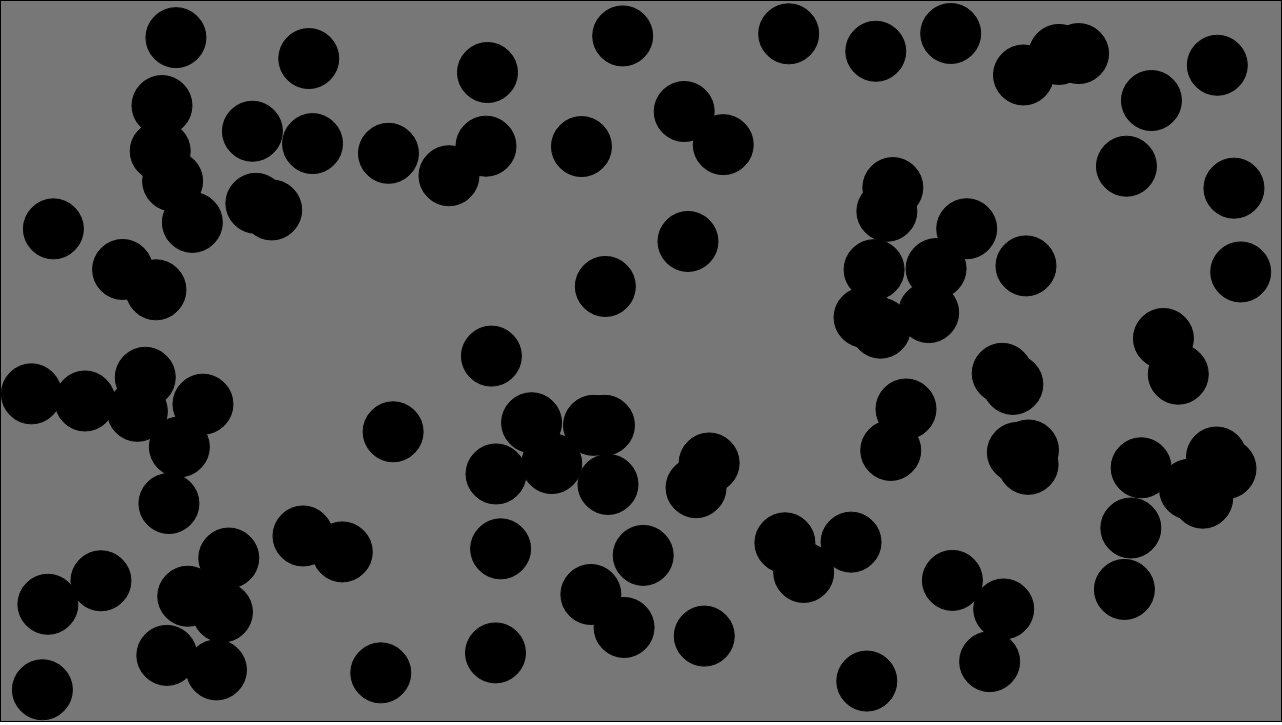
Repository: tenlekdan/particle-effect
Page: inidex.html
These files come from the project's save history. The page is drawn as it stood at one moment and after the next save; the edit follows.
The browser window is 1280 px wide. The page is 1282 px wide, so the pictures cover 1282 px, including what lies to the right of the window. The pictures show the whole page.

Above is the page before, as saved 2019-12-26 17:24:39.

After the next save:
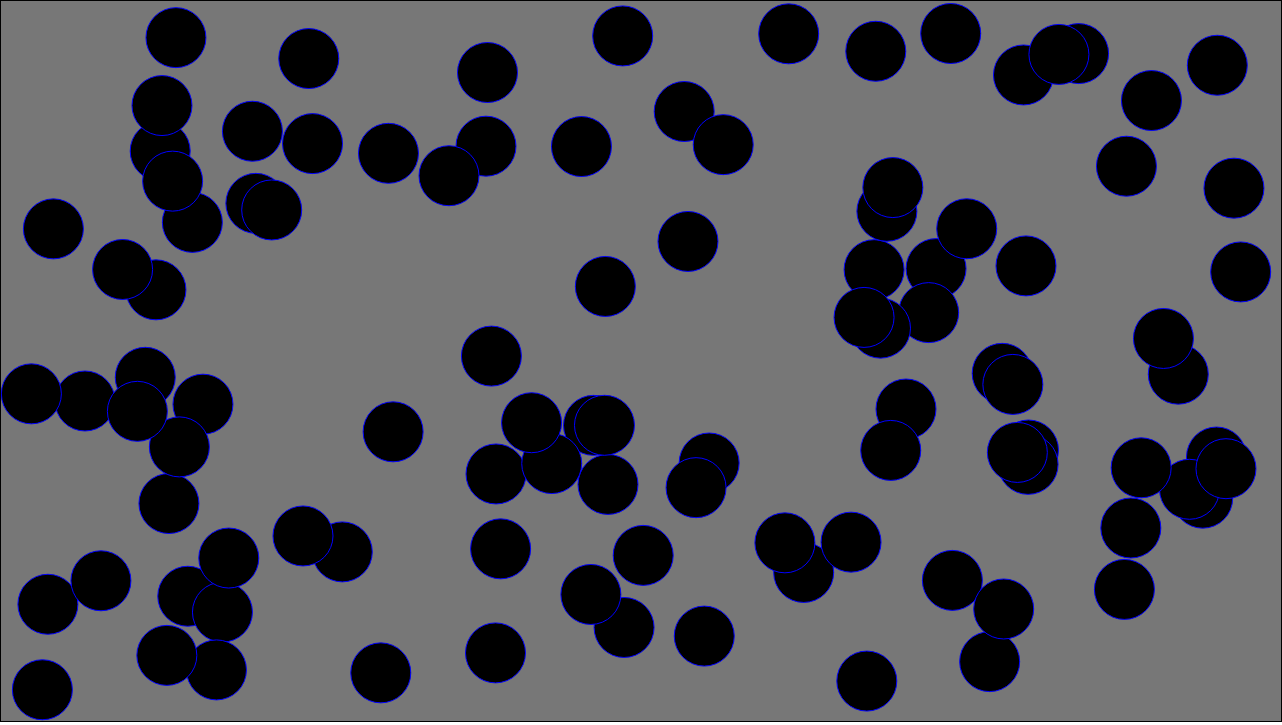
Saved 59 s later.
--- a/canvas.js
+++ b/canvas.js
@@ -29,6 +29,7 @@
             //draw circle
             c.beginPath();
             c.arc(this.x, this.y, this.radius, 0, Math.PI * 2, false);
+            c.strokeStyle = 'blue';
             c.fill();
             c.stroke();
         }
